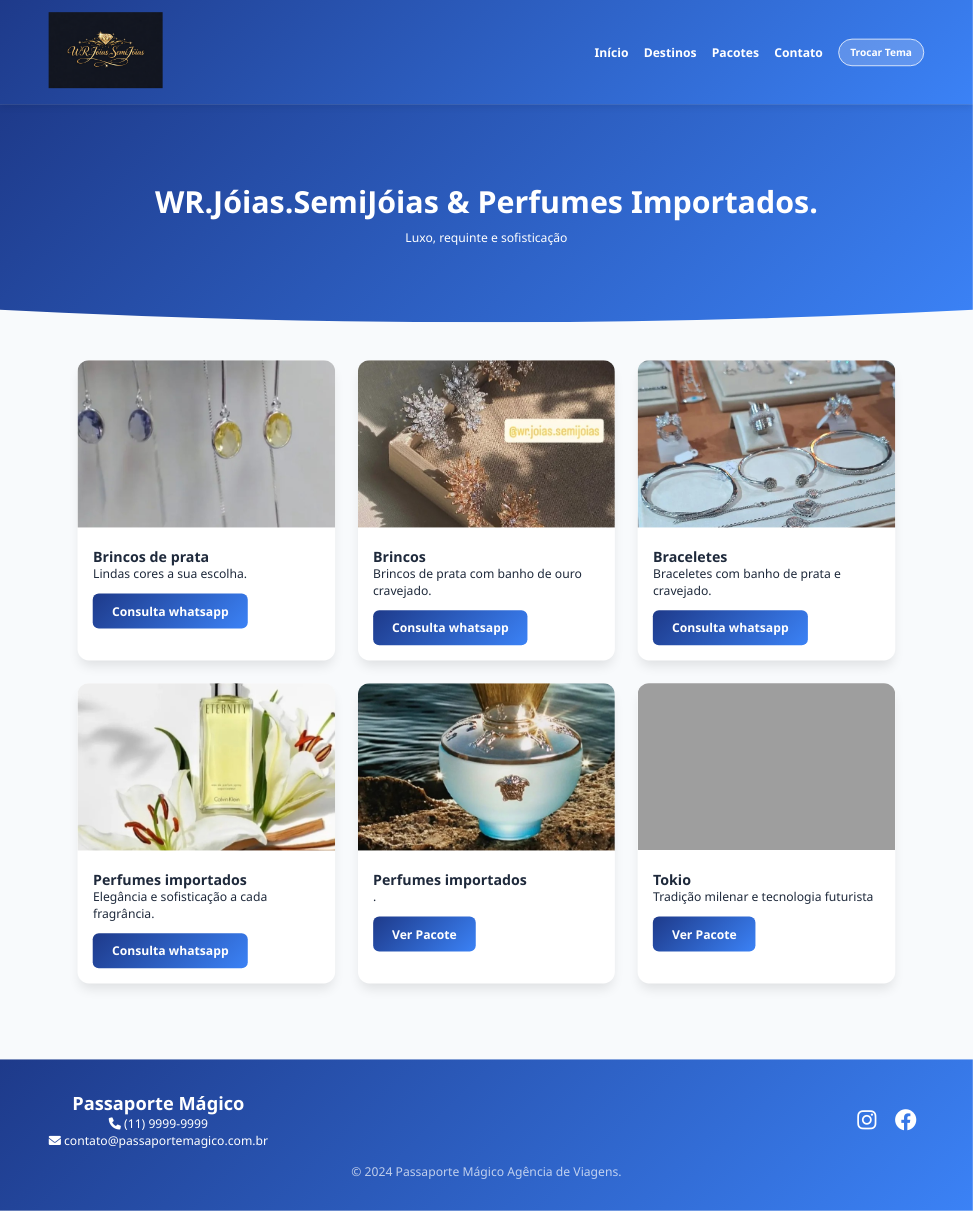
Repository: Sandro1969-tech/joias-perfumes
Page: index.html
These files come from the project's save history. The page is drawn as it stood at one moment and after the next save; the edit follows.
The browser window is 1280 px wide. The pictures show the whole page, at 76% of full size.
Pictures or frames that could not be fetched are drawn as grey boxes.

Above is the page before, as saved 2026-01-28 15:25:36.

After the next save:
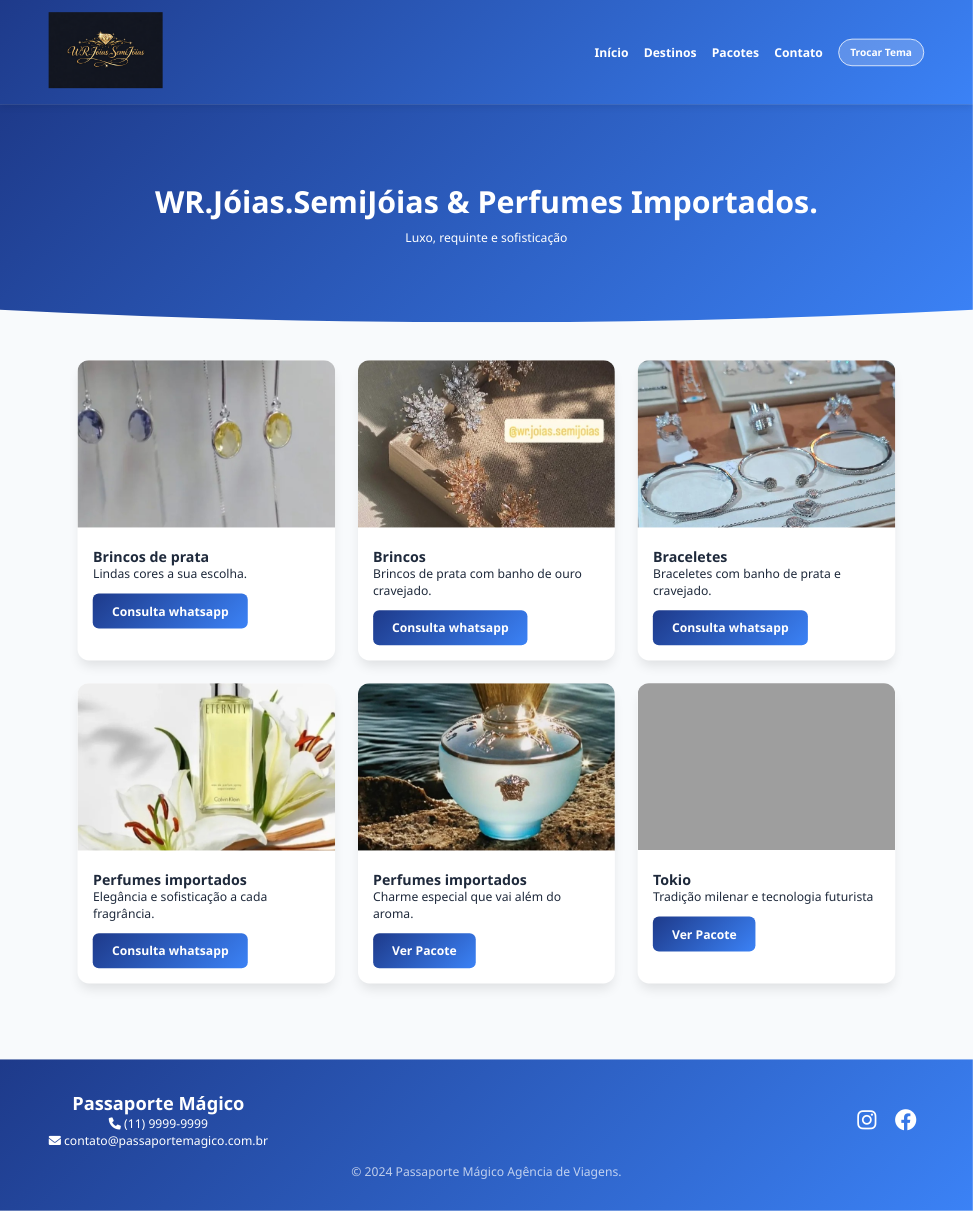
Saved 8 s later.
--- a/index.html
+++ b/index.html
@@ -212,7 +212,7 @@
             <img src="assets/image/versace.png" alt="Perfume">
             <div class="card-content">
                 <h3>Perfumes importados</h3>
-                <p>.</p>
+                <p>Charme especial que vai além do aroma.</p>
                 <a href="#" class="btn-reserva">Ver Pacote</a>
             </div>
         </div>
